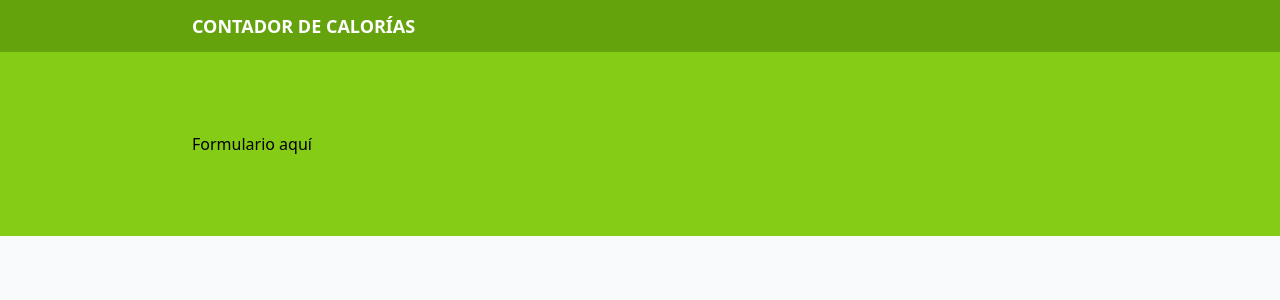
Repository: Samuel-Leal96/contador-calorias-react
Page: /
The author's editor kept a copy of each file at every save. The page is drawn from the files as they stood at one save, then again after the next save.
The browser window is 1280 px wide. The pictures show the whole page.
The project was rebuilt for these pictures with package versions that can differ from the ones it lists, and the page was loaded fresh each time. Also part of the build but not shown: vite.config.ts.

Above is the page before, as saved 2025-10-22 17:05:03.

### index.html
<!doctype html>
<html lang="en">
  <head>
    <meta charset="UTF-8" />
    <link rel="icon" type="image/svg+xml" href="/vite.svg" />
    <meta name="viewport" content="width=device-width, initial-scale=1.0" />
    <title>Contador de calorias - React y typescript</title>
  </head>
  <body class="bg-gray-50">
    <div id="root"></div>
    <script type="module" src="/src/main.tsx"></script>
  </body>
</html>

### src/App.tsx


function App() {

  return (
    <>
      <header className="bg-lime-600 py-3">
        <div className="max-w-4xl mx-auto flex justify-between">
          <h1 className="text-center text-lg font-bold text-white uppercase">
            Contador de calorías
          </h1>
        </div>
      </header>


      <section className="bg-lime-500 py-20 px-5">
        <div className="max-w-4xl mx-auto">
          <p>Formulario aquí</p>
        </div>
      </section>
    </>
  )
}

export default App

### src/components/Form.tsx

export default function
() {
  return (
    <div>

    </div>
  )
}

Loaded but not shown: src/main.tsx (common file); src/index.css (common file); tailwind.config.js (common file)

After the next save:
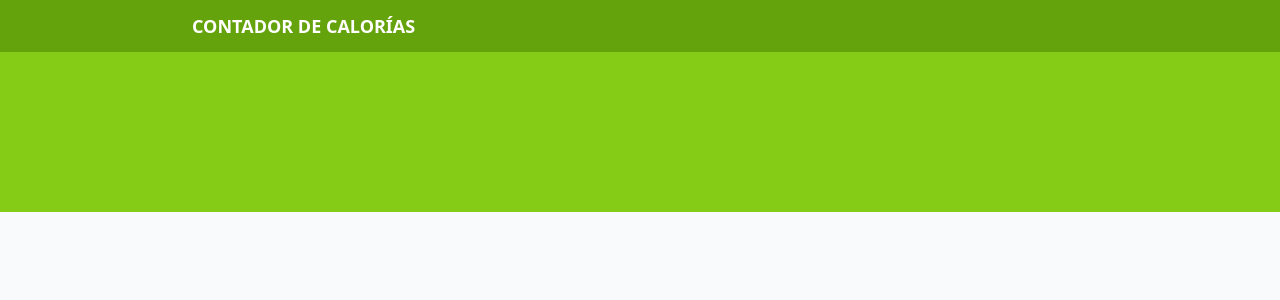
Saved 18 s later.
--- a/src/App.tsx
+++ b/src/App.tsx
@@ -1,3 +1,4 @@
+import Form from "./components/Form"
 
 
 function App() {
@@ -15,7 +16,7 @@ function App() {
 
       <section className="bg-lime-500 py-20 px-5">
         <div className="max-w-4xl mx-auto">
-          <p>Formulario aquí</p>
+          <Form/>
         </div>
       </section>
     </>

After the save that followed:
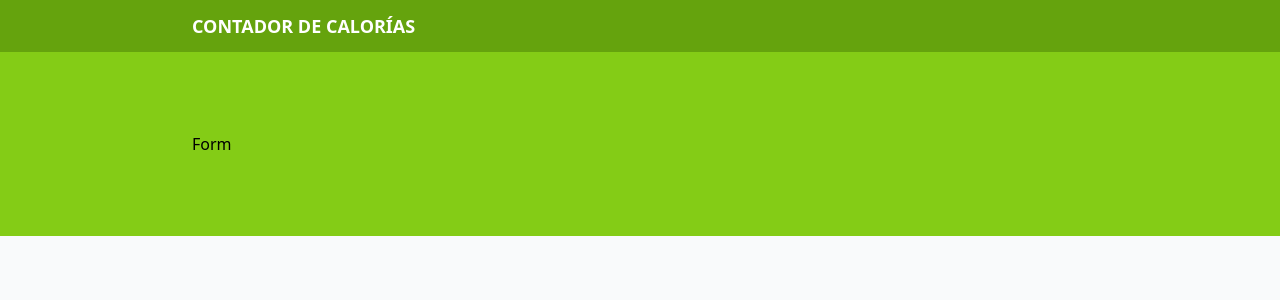
Saved 14 s later.
--- a/src/components/Form.tsx
+++ b/src/components/Form.tsx
@@ -3,7 +3,7 @@ export default function
 () {
   return (
     <div>
-
+        <h1>Form</h1>
     </div>
   )
 }
